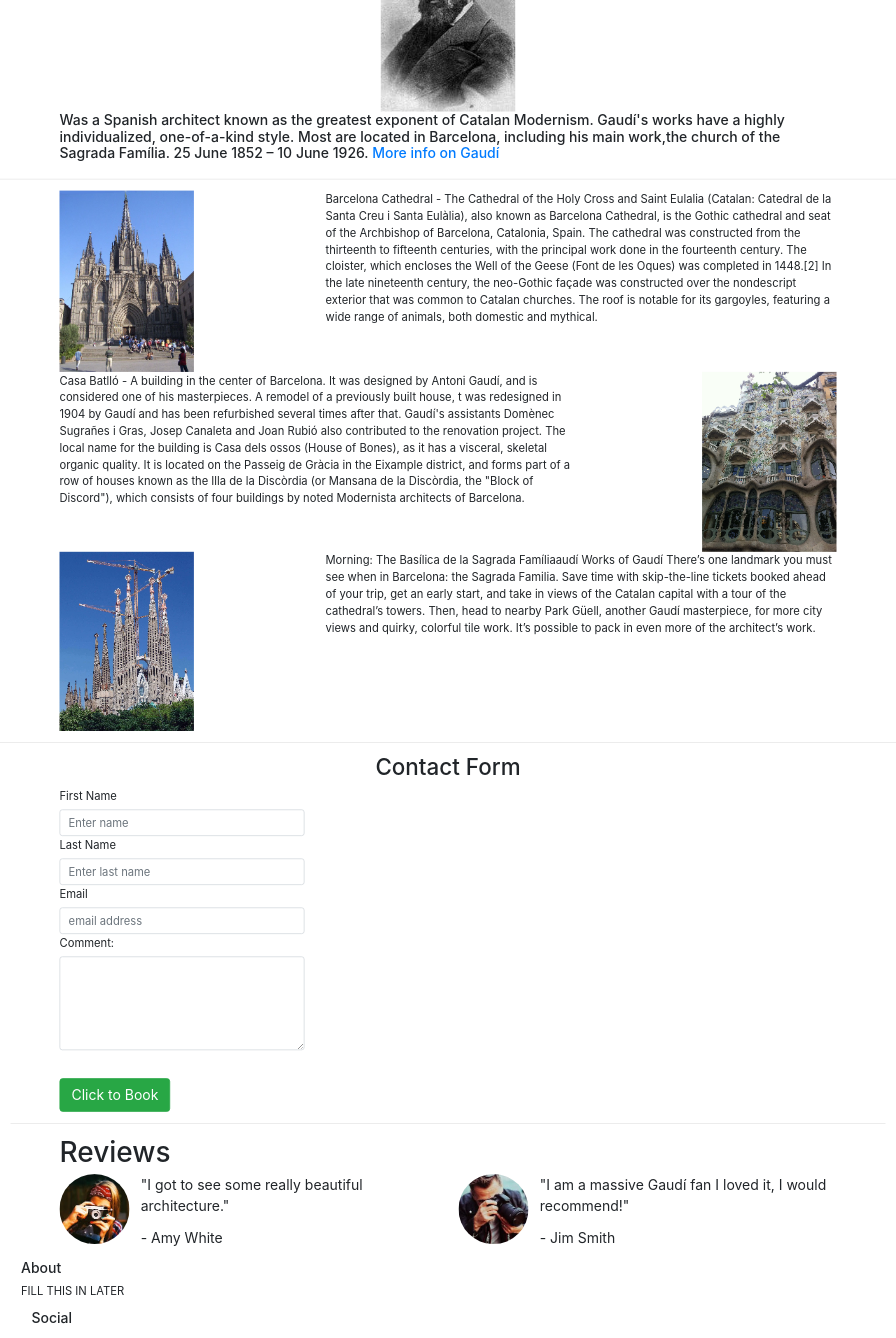
Repository: Taitdanielle/Milestone1
Page: index.html
The author's editor kept a record of every edit. The page is drawn from the files as they stood at one moment, then again after the next edit.
The browser window is 1280 px wide. The pictures show the part of the page from y = 1065 to 2985 px (the page is 2977 px tall before and 2985 px after), at 70% of full size.

Above is the page before.

After the next edit:
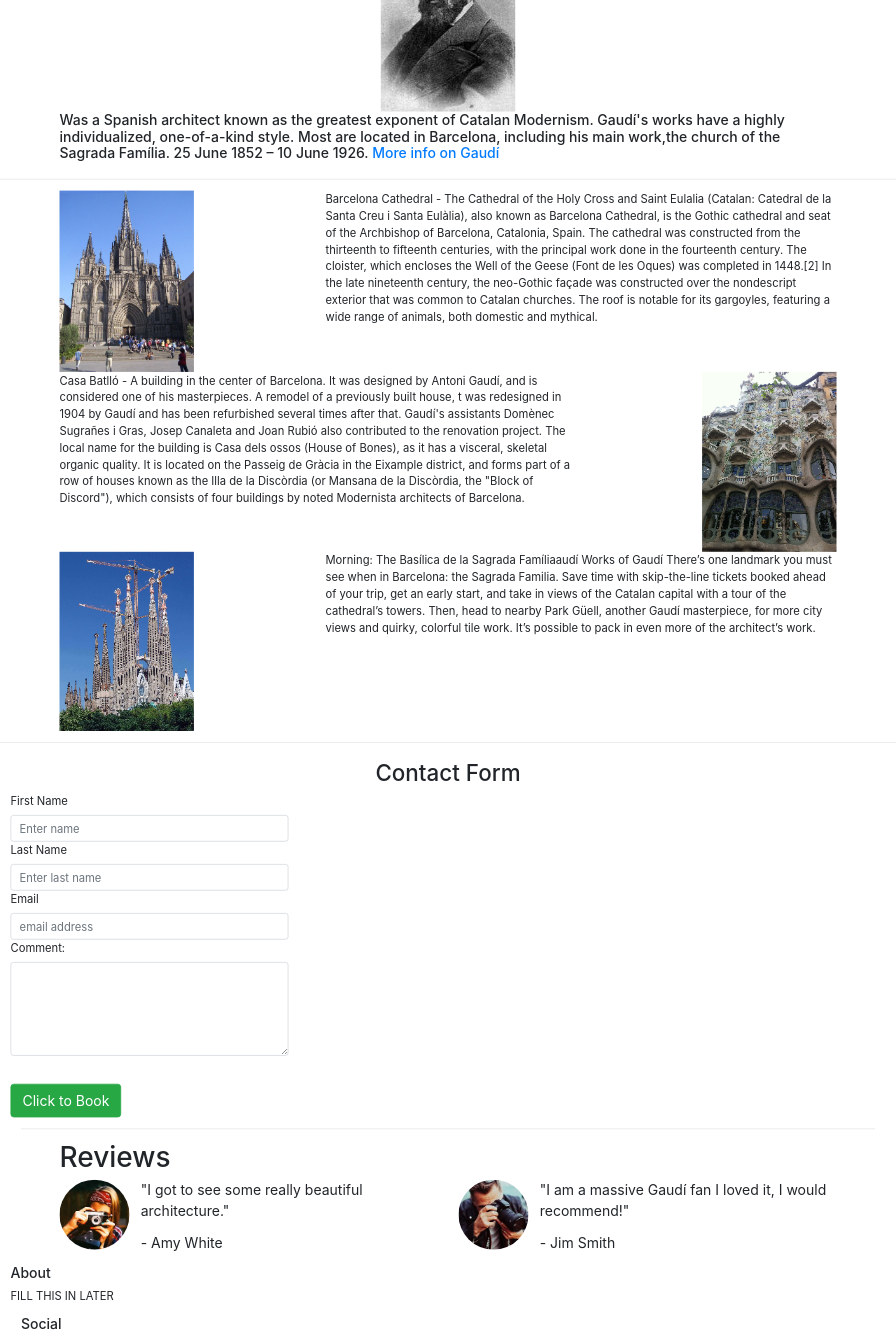
The edit:
--- a/index.html
+++ b/index.html
@@ -168,7 +168,6 @@
 
     <!-- Contact Form -->
 
-<div class="container"
     <section class="container-fluid form mt-4" id="contact">
         <form action="#" method="post">
             <h2 class="text-center">Contact Form</h2>
